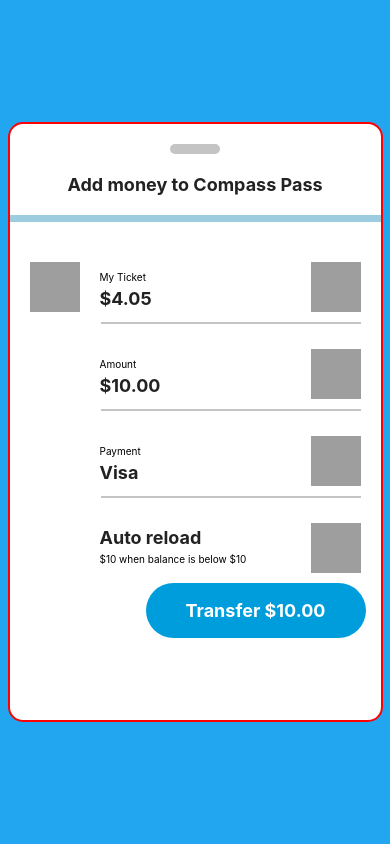
Repository: wilyyy/CompassPlus
Page: /
The author's editor kept a copy of each file at every save. The page is drawn from the files as they stood at one save, then again after the next save.
The browser window is 390 px wide. The pictures show the whole page.
Pictures or frames that could not be fetched are drawn as grey boxes. The app was drawn by React Native's web renderer in a window 390 px wide. The project was rebuilt for these pictures with package versions that can differ from the ones it lists, and the page was loaded fresh each time. Also part of the build but not shown: constants/styles.js, comps/CompassCardParent/cardManager.js, comps/CompassCardParent/transferFunds.js, comps/LinkCompassCard/index.js, comps/RideCardCont/index.js, storybook/stories/CenterView/style.js, comps/SignUpTransitCard/index.js.

Above is the page before, as saved 2021-10-30 19:56:02.

After the next save:
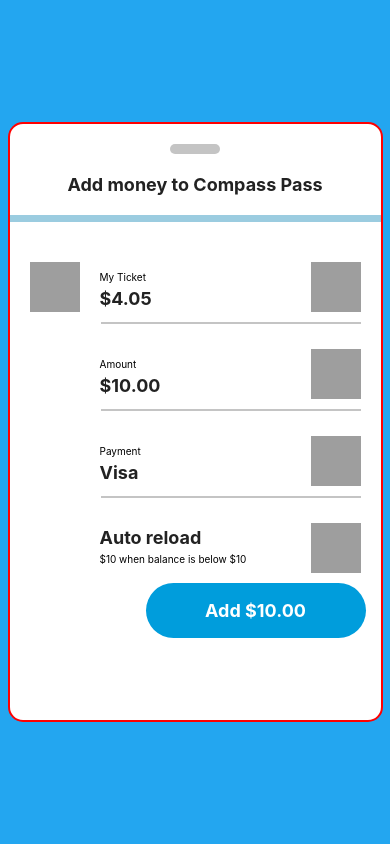
Saved 8 s later.
--- a/comps/CompassCardParent/CardManager/AddFunds/index.js
+++ b/comps/CompassCardParent/CardManager/AddFunds/index.js
@@ -203,7 +203,7 @@
             <TouchableOpacity
                 style={styles.TransferButton}
             >
-                <ButtonText>Transfer {loadAmount}</ButtonText>
+                <ButtonText>Add {loadAmount}</ButtonText>
             </TouchableOpacity>
 
         </Container>
